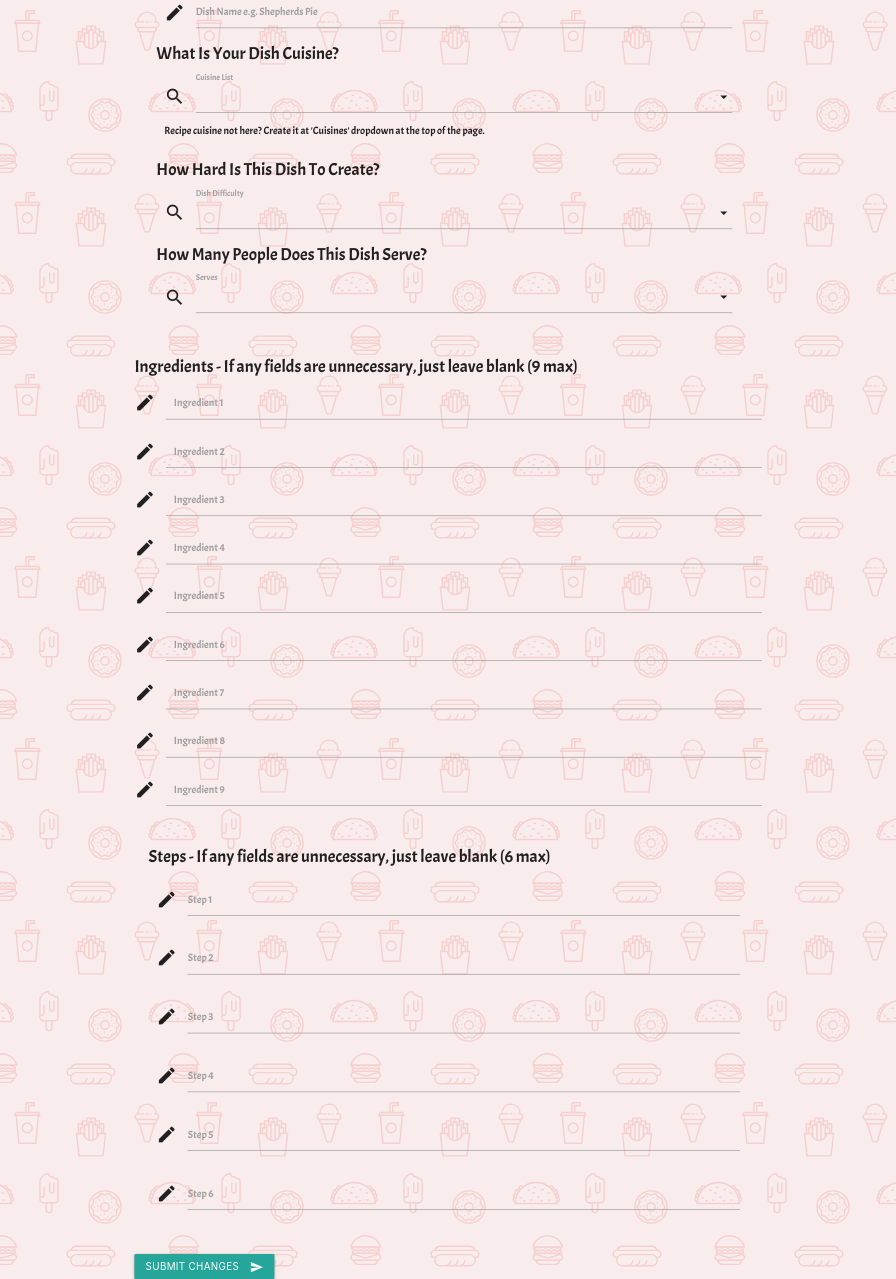
Repository: connor-blackburn/gutsy
Page: templates/edit_recipe.html
The author's editor kept a record of every edit. The page is drawn from the files as they stood at one moment, then again after the next edit.
The browser window is 1280 px wide. The pictures show the part of the page from y = 836 to 2756 px (the page is 2663 px tall before and 2756 px after), at 70% of full size.
The page is served by the project's application, run on Flask 3 (app.py). The template is opened directly, without the code that normally fills it, so the values that code supplies are empty.

Above is the page before.

After the next edit:
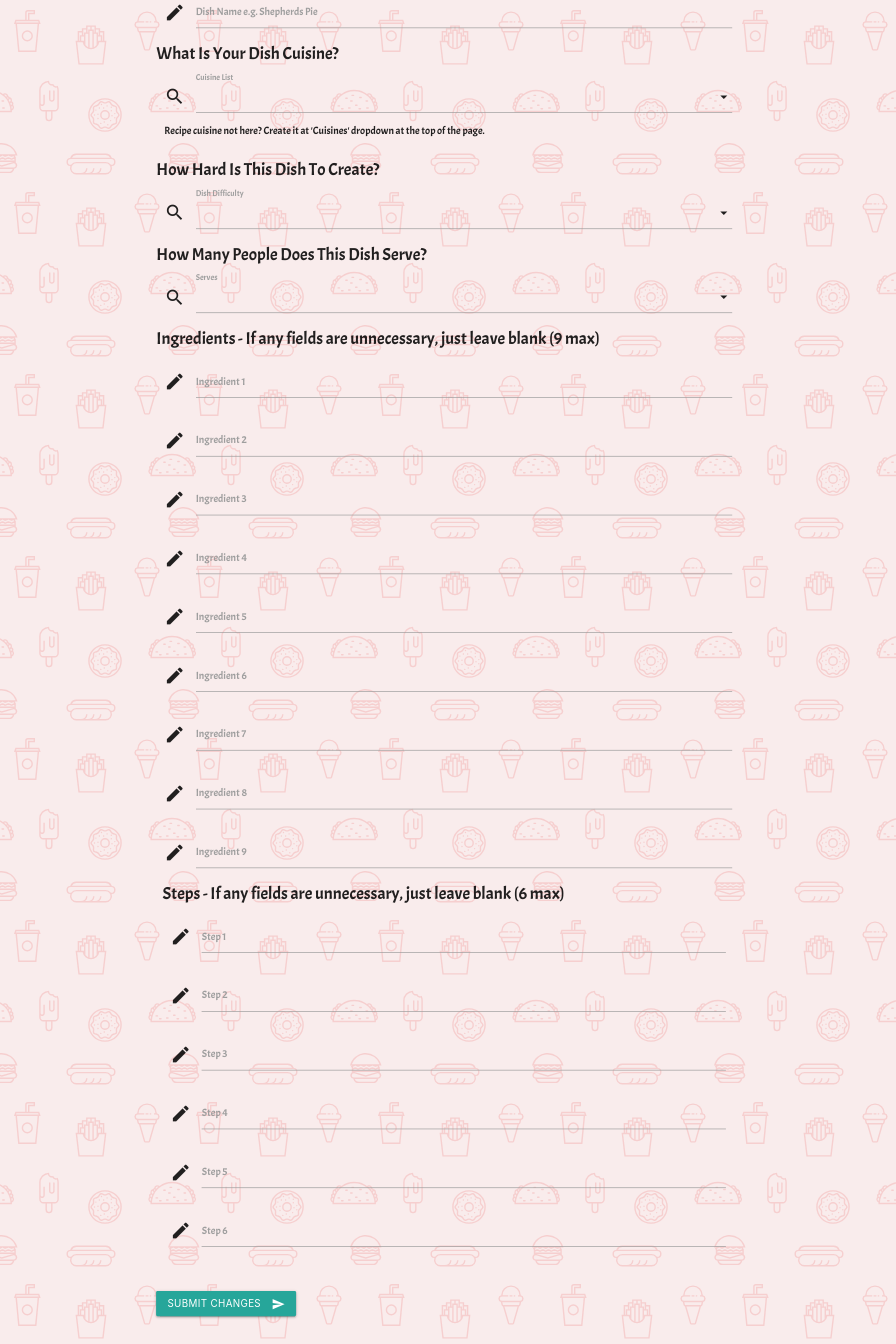
The edit:
--- a/templates/edit_recipe.html
+++ b/templates/edit_recipe.html
@@ -57,18 +57,17 @@
 
 
             <!-- A Dropdown Menu Giving A User The Current Selection And All Options To Choose From Regarding How Many People This Dish Serves-->
-                <h5>How Many People Does This Dish Serve?</h5>
-                <div class="input-field col s12">
-                    <i class="material-icons prefix">search</i>
-                    <select id="recipes" name="serves">
+            <h5>How Many People Does This Dish Serve?</h5>
+            <div class="input-field col s12">
+                <i class="material-icons prefix">search</i>
+                <select id="recipes" name="serves">
 
                 {% for serves in serves %}"
                         <option value="{{serves.serves}}" {% if serves.serves == recipe.serves %}selected{% endif %}>{{serves.serves}}</option>
                 {% endfor %}
 
             </select>
-                    <label>Serves</label>
-                </div>
+                <label>Serves</label>
             </div>
 
             <!-- A series Of Input Fields Of Ingredients With Dynamically Loaded Content To Be Edited -->
